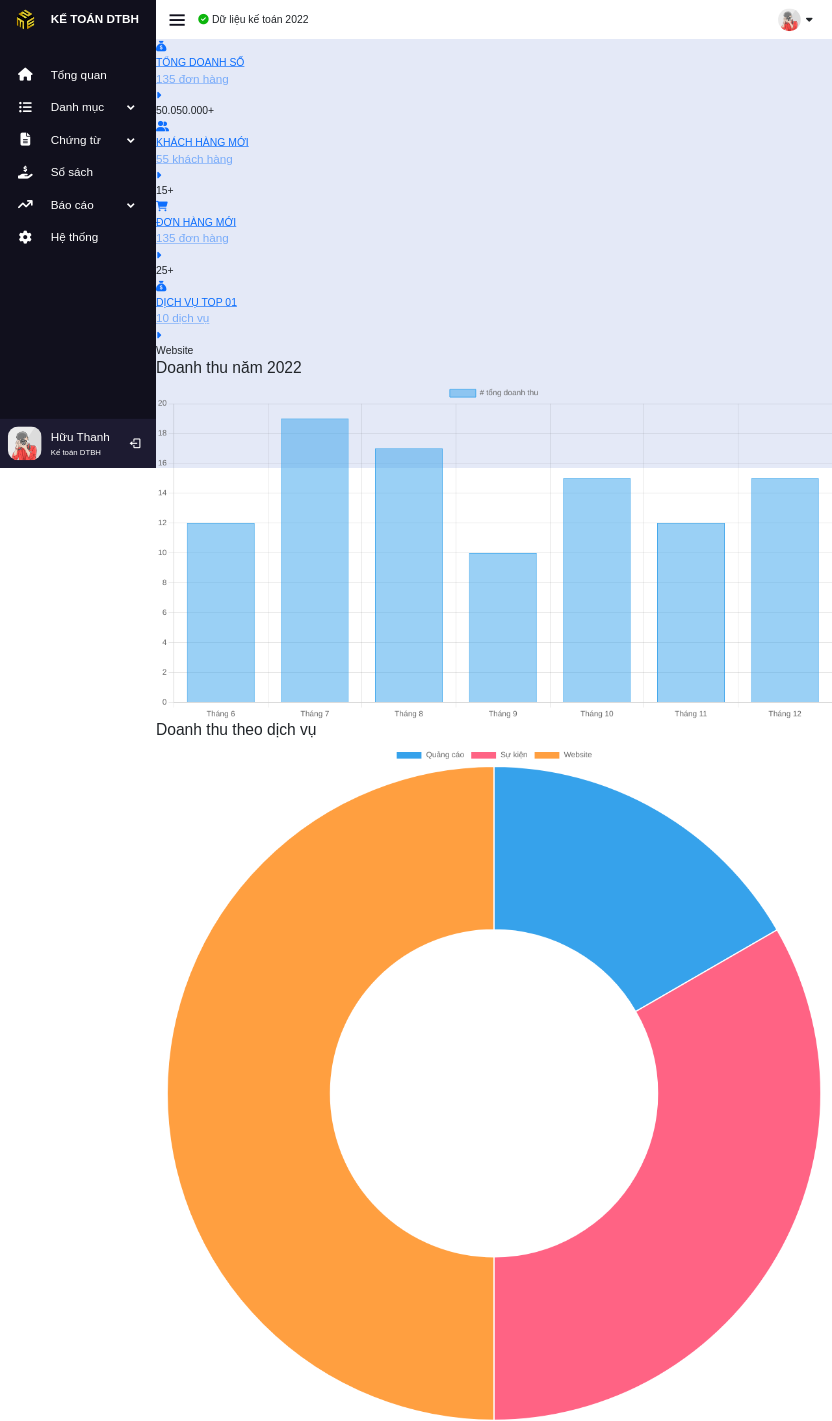
Repository: huuthanhdev/PhanMemKeToan
Page: pages/overview.html
The author's editor kept a copy of each file at every save. The page is drawn from the files as they stood at one save, then again after the next save.
The browser window is 1280 px wide. The pictures show the whole page, at 65% of full size.
Some web fonts or font styles are not loaded; a fallback is used. Some web libraries are served in a nearby version.

Above is the page before, as saved 2023-05-22 11:56:46.

After the next save:
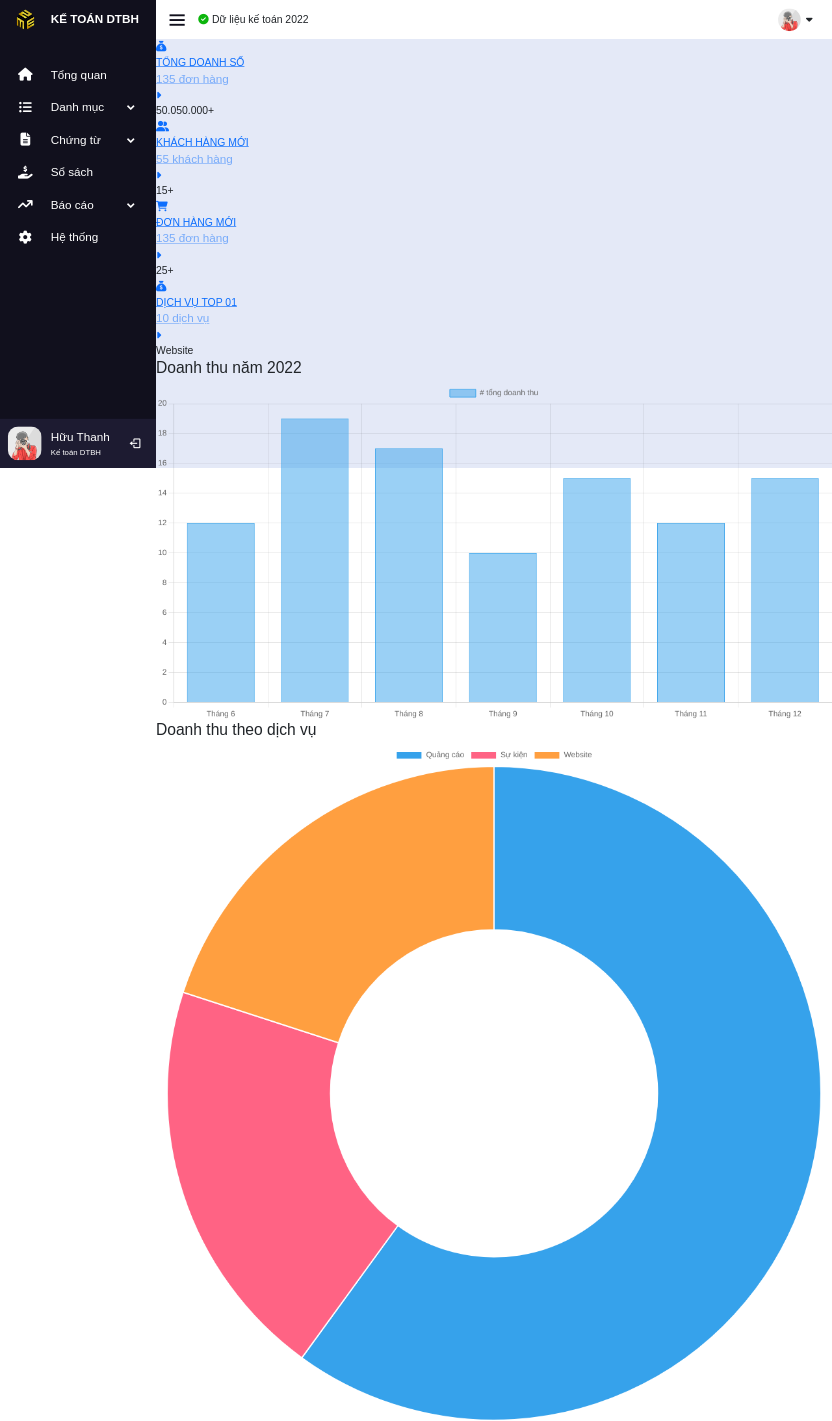
Saved 17 s later.
--- a/assets/charts/chart2.js
+++ b/assets/charts/chart2.js
@@ -4,7 +4,7 @@ new Chart(cta, {
     type: 'doughnut',
     data: {
         datasets: [{
-            data: [10, 20, 30]
+            data: [60, 20, 20]
         }],
 
         // These labels appear in the legend and in the tooltips when hovering different arcs
